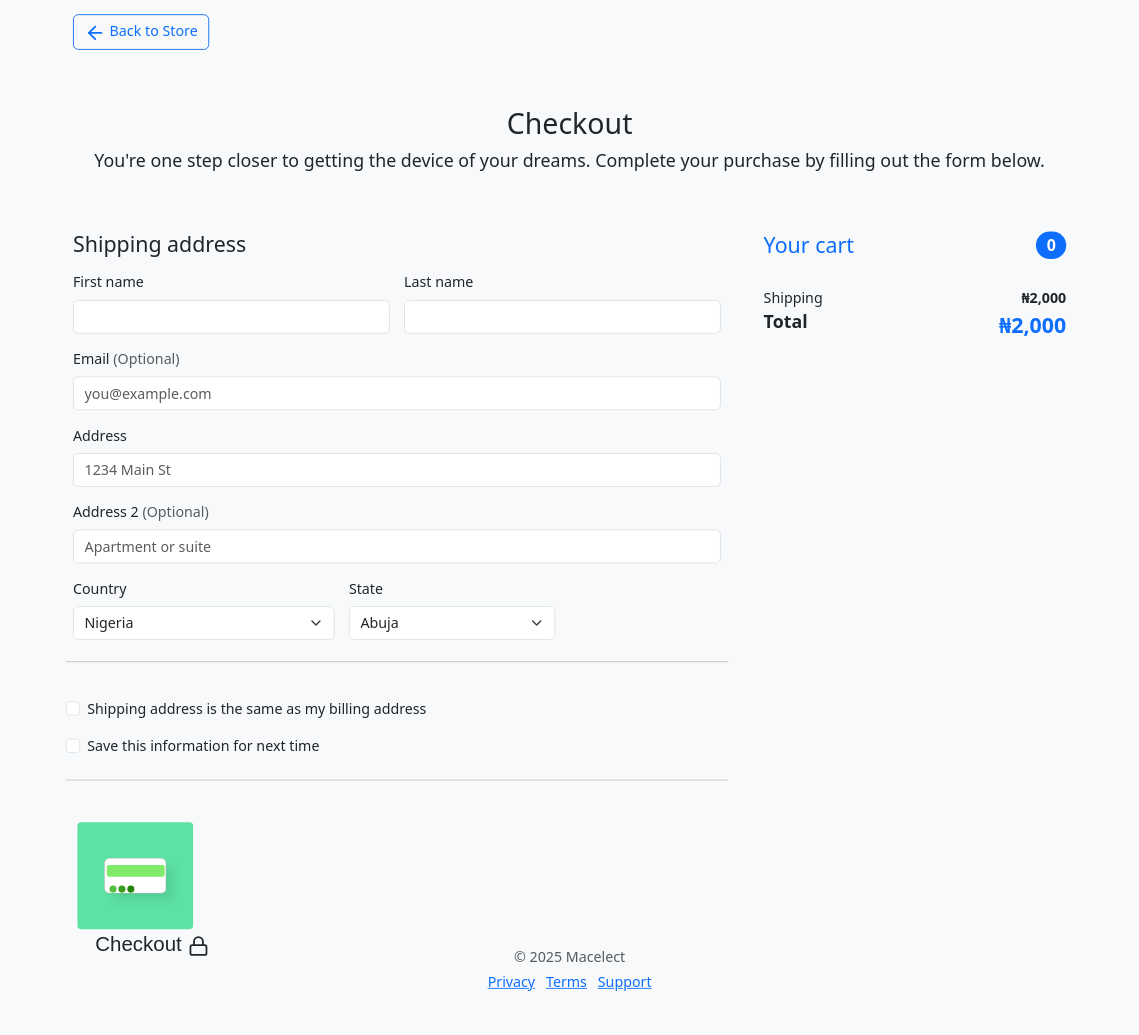
Repository: Davidobi21/macelect
Page: frontend/pages/checkout.html
An editor plug-in stored every save of this project. The page is shown before and after the next save, followed by the edit.
The browser window is 1280 px wide. The pictures show the whole page, at 89% of full size.

Above is the page before, as saved 2025-05-06 10:11:49.

### frontend/pages/checkout.html
<!DOCTYPE html>
<html lang="en">
<head>
  <meta charset="UTF-8">
  <meta name="viewport" content="width=device-width, initial-scale=1.0">
  <title>Checkout</title>
  <link rel="stylesheet" href="../css/checkout.css">
  <script src="https://cdn.jsdelivr.net/npm/lucide@latest/dist/umd/lucide.min.js"></script>
  <script src="./js/checkout.js" defer></script>
  <script src="https://js.paystack.co/v1/inline.js"></script>
  <script src="https://cdn.jsdelivr.net/npm/sweetalert2@11"></script>
  <link href="https://cdn.jsdelivr.net/npm/bootstrap@5.3.0-alpha1/dist/css/bootstrap.min.css" rel="stylesheet">
</head>
<body class="bg-light">
  <div class="container">
    <!-- Back Button -->
    <div class="py-3">
      <a href="../pages/products.html" class="btn btn-outline-primary align-items-center gap-2">
        <i data-lucide="arrow-left"></i> Back to Store
      </a>
    </div>

    <main>
      <div class="py-5 text-center">
        <h2>Checkout</h2>
        <p class="lead">You're one step closer to getting the device of your dreams. Complete your purchase by filling out the form below.</p>
      </div>

      <div class="row g-5">
        <!-- Cart Summary -->
        <div class="col-md-5 col-lg-4 order-md-last">
          <h4 class="d-flex justify-content-between align-items-center mb-3">
            <span class="text-primary">Your cart</span>
            <span class="badge bg-primary rounded-pill cart-count">0</span>
          </h4>
          <ul class="list-group mb-3" id="cart-summary">
            <!-- Cart items will be dynamically populated here -->
          </ul>
          <li class="list-group-item d-flex justify-content-between">
            <span>Shipping</span>
            <strong id="shipping-cost">₦0</strong>
          </li>
          <li class="list-group-item d-flex justify-content-between">
            <span class="fs-5 fw-bold">Total</span>
            <strong id="cart-total" class="fs-4 fw-bold text-primary">₦0</strong>
          </li>
        </div>

        <!-- Billing Form -->
        <div class="col-md-7 col-lg-8">
          <h4 class="mb-3">Shipping address</h4>
          <form>
            <div class="row g-3">
              <div class="col-sm-6">
                <label for="firstName" class="form-label">First name</label>
                <input type="text" class="form-control" id="firstName" placeholder="" value="" required>
              </div>

              <div class="col-sm-6">
                <label for="lastName" class="form-label">Last name</label>
                <input type="text" class="form-control" id="lastName" placeholder="" value="" required>
              </div>

              <div class="col-12">
                <label for="email" class="form-label">Email <span class="text-muted">(Optional)</span></label>
                <input type="email" class="form-control" id="email" placeholder="you@example.com">
              </div>

              <div class="col-12">
                <label for="address" class="form-label">Address</label>
                <input type="text" class="form-control" id="address" placeholder="1234 Main St" required>
              </div>

              <div class="col-12">
                <label for="address2" class="form-label">Address 2 <span class="text-muted">(Optional)</span></label>
                <input type="text" class="form-control" id="address2" placeholder="Apartment or suite">
              </div>

              <div class="col-md-5">
                <label for="country" class="form-label">Country</label>
                <select class="form-select" id="country" required>
                  <option value="Nigeria" selected>Nigeria</option>
                </select>
              </div>

              <div class="col-md-4">
                <label for="state" class="form-label">State</label>
                <select class="form-select" id="state" required>
                  <option value="Abuja">Abuja</option>
                  <option value="Nasarawa">Nasarawa</option>
                  <option value="Kogi">Kogi</option>
                  <option value="Kaduna">Kaduna</option>
                  <option value="Niger">Niger</option>
                  <option value="Benue">Benue</option>
                  <option value="Kwara">Kwara</option>
                  <option value="Plateau">Plateau</option>
                  <option value="Taraba">Taraba</option>
                  <option value="Lagos">Lagos</option>
                  <option value="Oyo">Oyo</option>
                  <option value="Ondo">Ondo</option>
                  <option value="Edo">Edo</option>
                  <option value="Delta">Delta</option>
                  <option value="Anambra">Anambra</option>
                  <option value="Enugu">Enugu</option>
                  <option value="Imo">Imo</option>
                  <option value="Rivers">Rivers</option>
                  <option value="Akwa Ibom">Akwa Ibom</option>
                  <option value="Bayelsa">Bayelsa</option>
                  <option value="Borno">Borno</option>
                  <option value="Yobe">Yobe</option>
                  <option value="Zamfara">Zamfara</option>
                  <option value="Sokoto">Sokoto</option>
                  <option value="Kebbi">Kebbi</option>
                  <option value="Kano">Kano</option>
                  <option value="Jigawa">Jigawa</option>
                  <option value="Gombe">Gombe</option>
                  <option value="Bauchi">Bauchi</option>
                  <option value="Ekiti">Ekiti</option>
                  <option value="Osun">Osun</option>
                  <option value="Ebonyi">Ebonyi</option>
                  <option value="Abia">Abia</option>
                  <option value="Cross River">Cross River</option>
                </select>
              </div>


            <hr class="my-4">

            <div class="form-check">
              <input type="checkbox" class="form-check-input" id="same-address">
              <label class="form-check-label" for="same-address">Shipping address is the same as my billing address</label>
            </div>

            <div class="form-check">
              <input type="checkbox" class="form-check-input" id="save-info">
              <label class="form-check-label" for="save-info">Save this information for next time</label>
            </div>

            <hr class="my-4">
          </form>
          <div class="btn contain" id="checkoutButton" disabled>
            <div class="left-side">
              <div class="card">
                <div class="card-line"></div>
                <div class="buttons"></div>
              </div>
              <div class="post">
                <div class="post-line"></div>
                <div class="screen">
                  <div class="dollar">₦</div>
                </div>
                <div class="numbers"></div>
                <div class="numbers-line2"></div>
              </div>
            </div>
            <div class="right-side">
              <div class="new">Checkout
                <span id="padlockWrapper">
                  <i id="padlockIcon" data-lucide="lock"></i>
                </span>
              </div>
            </div>
          </div>
        </div>
      </div>
    </main>

    <footer class="my-5 pt-5 text-muted text-center text-small">
      <p class="mb-1">© 2025 Macelect</p>
      <ul class="list-inline">
        <li class="list-inline-item"><a href="../pages/fqa.html">Privacy</a></li>
        <li class="list-inline-item"><a href="../pages/fqa.html">Terms</a></li>
        <li class="list-inline-item"><a href="../pages/fqa.html">Support</a></li>
      </ul>
    </footer>
  </div>
  <script src="https://cdn.jsdelivr.net/npm/bootstrap@5.3.0-alpha1/dist/js/bootstrap.bundle.min.js"></script>
</body>
</html>

### frontend/css/checkout.css
/* From Uiverse.io by Pawelitto */
.contain {
    background-color: #ffffff;
    display: flex;
    width: 600px;
    height: 50px;
    position: relative;
    border-radius: 6px;
    transition: 0.3s ease-in-out;
  }

  .contain:hover {
    transform: scale(1.03);
  }

  .contain:hover .left-side {
    width: 100%;
  }

  .left-side {
    background-color: #5de2a3;
    width: 130px;
    height: 120px;
    border-radius: 4px;
    position: relative;
    display: flex;
    justify-content: center;
    align-items: center;
    cursor: pointer;
    transition: 0.3s;
    flex-shrink: 0;
    overflow: hidden;
  }

  .right-side {
    display: flex;
    align-items: center;
    overflow: hidden;
    cursor: pointer;
    justify-content: space-between;
    white-space: nowrap;
    transition: 0.3s;
  }

  .right-side:hover {
    background-color: #f9f7f9;
  }

  .arrow {
    width: 20px;
    height: 20px;
    margin-right: 20px;
  }

  .new {
    font-size: 23px;
    font-family: "Lexend Deca", sans-serif;
    margin-left: 20px;
  }

  .card {
    width: 70px;
    height: 46px;
    background-color: #c7ffbc;
    border-radius: 6px;
    position: absolute;
    display: flex;
    z-index: 10;
    flex-direction: column;
    align-items: center;
    -webkit-box-shadow: 9px 9px 9px -2px rgba(77, 200, 143, 0.72);
    -moz-box-shadow: 9px 9px 9px -2px rgba(77, 200, 143, 0.72);
    -webkit-box-shadow: 9px 9px 9px -2px rgba(77, 200, 143, 0.72);
  }

  .card-line {
    width: 65px;
    height: 13px;
    background-color: #80ea69;
    border-radius: 2px;
    margin-top: 7px;
  }

  @media only screen and (max-width: 480px) {
    .container {
      transform: scale(0.7);
    }

    .container:hover {
      transform: scale(0.74);
    }

    .new {
      font-size: 18px;
    }
  }

  .buttons {
    width: 8px;
    height: 8px;
    background-color: #379e1f;
    box-shadow: 0 -10px 0 0 #26850e, 0 10px 0 0 #56be3e;
    border-radius: 50%;
    margin-top: 5px;
    transform: rotate(90deg);
    margin: 10px 0 0 -30px;
  }

  .contain:hover .card {
    animation: slide-top 1.2s cubic-bezier(0.645, 0.045, 0.355, 1) both;
  }

  .contain:hover .post {
    animation: slide-post 1s cubic-bezier(0.165, 0.84, 0.44, 1) both;
  }

  @keyframes slide-top {
    0% {
      -webkit-transform: translateY(0);
      transform: translateY(0);
    }

    50% {
      -webkit-transform: translateY(-70px) rotate(90deg);
      transform: translateY(-70px) rotate(90deg);
    }

    60% {
      -webkit-transform: translateY(-70px) rotate(90deg);
      transform: translateY(-70px) rotate(90deg);
    }

    100% {
      -webkit-transform: translateY(-8px) rotate(90deg);
      transform: translateY(-8px) rotate(90deg);
    }
  }

  .post {
    width: 63px;
    height: 75px;
    background-color: #dddde0;
    position: absolute;
    z-index: 11;
    bottom: 10px;
    top: 120px;
    border-radius: 6px;
    overflow: hidden;
  }

  .post-line {
    width: 47px;
    height: 9px;
    background-color: #545354;
    position: absolute;
    border-radius: 0px 0px 3px 3px;
    right: 8px;
    top: 8px;
  }

  .post-line:before {
    content: "";
    position: absolute;
    width: 47px;
    height: 9px;
    background-color: #757375;
    top: -8px;
  }

  .screen {
    width: 47px;
    height: 23px;
    background-color: #ffffff;
    position: absolute;
    top: 22px;
    right: 8px;
    border-radius: 3px;
  }

  .numbers {
    width: 12px;
    height: 12px;
    background-color: #838183;
    box-shadow: 0 -18px 0 0 #838183, 0 18px 0 0 #838183;
    border-radius: 2px;
    position: absolute;
    transform: rotate(90deg);
    left: 25px;
    top: 52px;
  }

  .numbers-line2 {
    width: 12px;
    height: 12px;
    background-color: #aaa9ab;
    box-shadow: 0 -18px 0 0 #aaa9ab, 0 18px 0 0 #aaa9ab;
    border-radius: 2px;
    position: absolute;
    transform: rotate(90deg);
    left: 25px;
    top: 68px;
  }

  @keyframes slide-post {
    50% {
      -webkit-transform: translateY(0);
      transform: translateY(0);
    }

    100% {
      -webkit-transform: translateY(-70px);
      transform: translateY(-70px);
    }
  }

  .dollar {
    position: absolute;
    font-size: 16px;
    font-family: "Lexend Deca", sans-serif;
    width: 100%;
    left: 0;
    top: 0;
    color: #4b953b;
    text-align: center;
  }

  .contain:hover .dollar {
    animation: fade-in-fwd 0.3s 1s backwards;
  }

  @keyframes fade-in-fwd {
    0% {
      opacity: 0;
      transform: translateY(-5px);
    }

    100% {
      opacity: 1;
      transform: translateY(0);
    }
  }

### frontend/pages/js/checkout.js
document.addEventListener("DOMContentLoaded", () => {
  lucide.createIcons(); // Initialize Lucide icons

  const cartSummary = document.getElementById("cart-summary");
  const cartTotal = document.getElementById("cart-total");
  const shippingCostElement = document.getElementById("shipping-cost");
  const cartCount = document.querySelector(".cart-count");
  const countrySelect = document.getElementById("country");
  const stateSelect = document.getElementById("state");
  const checkoutButton = document.getElementById("checkoutButton");
  const padlockIcon = document.getElementById("padlockIcon");
  const formInputs = document.querySelectorAll("#firstName, #lastName, #email, #address, #country, #state, #zip");

  const cart = JSON.parse(localStorage.getItem("cart")) || [];
  let total = 0;

  function calculateShippingCost(country, state) {
    if (country !== "Nigeria") return 0;

    const distanceTiers = {
      // Distance Level 0 (Abuja)
      "Abuja": 0,

      // Distance Level 1 (nearby states)
      "Nasarawa": 1,
      "Kogi": 1,
      "Kaduna": 1,
      "Niger": 1,

      // Distance Level 2
      "Benue": 2,
      "Kwara": 2,
      "Plateau": 2,
      "Taraba": 2,

      // Distance Level 3
      "Lagos": 3,
      "Oyo": 3,
      "Ondo": 3,
      "Edo": 3,
      "Delta": 3,

      // Distance Level 4 (farther states)
      "Anambra": 4,
      "Enugu": 4,
      "Imo": 4,
      "Rivers": 4,
      "Akwa Ibom": 4,
      "Bayelsa": 4,
      "Borno": 4,
      "Yobe": 4,
      "Zamfara": 4,
      "Sokoto": 4,
      "Kebbi": 4,
      "Kano": 4,
      "Jigawa": 4,
      "Gombe": 4,
      "Bauchi": 4,
      "Ekiti": 4,
      "Osun": 4,
      "Ebonyi": 4,
      "Abia": 4,
      "Cross River": 4,

      // Default tier if not listed
      "Others": 3
    };

    const tier = distanceTiers[state] !== undefined ? distanceTiers[state] : distanceTiers["Others"];
    return 2000 * (tier + 1); // base = ₦2000, so tier 0 = ₦2000, tier 1 = ₦4000, etc.
  }


  function updateCartSummary() {
    cartSummary.innerHTML = ""; // Clear existing content
    total = 0;

    cart.forEach(item => {
      const itemTotal = item.price * item.quantity;
      total += itemTotal;

      const listItem = document.createElement("li");
      listItem.className = "list-group-item d-flex justify-content-between lh-sm align-items-center";
      listItem.innerHTML = `
        <div class="d-flex align-items-center gap-2">
          <img src="${item.image}" alt="${item.name}" width="50" height="50" style="object-fit: cover; border-radius: 4px;">
          <div>
            <h6 class="my-0 mb-1">${item.name}</h6>
            <small class="text-muted">Quantity: ${item.quantity}</small>
          </div>
        </div>
        <span class="text-muted">₦${itemTotal.toLocaleString()}</span>
      `;
      cartSummary.appendChild(listItem);
    });

    const country = countrySelect.value;
    const state = stateSelect.value;
    const shippingCost = calculateShippingCost(country, state);

    shippingCostElement.textContent = `₦${shippingCost.toLocaleString()}`;
    cartTotal.textContent = `₦${(total + shippingCost).toLocaleString()}`;
    cartCount.textContent = cart.reduce((count, item) => count + item.quantity, 0);

    validateCheckoutButton(); // Check if the button should be enabled
  }

  function validateCheckoutButton() {
    const isFormValid = Array.from(formInputs).every(input => input.value.trim() !== "");
    const isCartNotEmpty = cart.length > 0;
    const padlockWrapper = document.getElementById("padlockWrapper");

    if (isFormValid && isCartNotEmpty) {
      checkoutButton.disabled = false;
      padlockWrapper.style.display = "none"; // Hide wrapper
    } else {
      checkoutButton.disabled = true;
      padlockWrapper.style.display = "inline-block"; // Show wrapper
    }
  }
  function payWithPaystack() {
    const email = document.getElementById("email").value;
    const shippingInfo = {
      country: countrySelect.value,
      state: stateSelect.value,
      address: document.getElementById("address").value,
    };
    const items = JSON.parse(localStorage.getItem("cart")) || [];

    const totalAmount = total + calculateShippingCost(shippingInfo.country, shippingInfo.state);

    const handler = PaystackPop.setup({
      key: 'pk_test_44f6dbb6159b73b84fff2fc441dcdd997e15c10d', // ✅ PUBLIC key
      email,
      amount: totalAmount * 100,
      currency: "NGN",
      ref: 'Mactelect' + Math.floor(Math.random() * 1000000000 + 1),

      callback: function (response) {
        placeOrder(response.reference, shippingInfo, items, totalAmount);
      },


      onClose: function () {
        alert('Transaction cancelled.');
      }
    });

    handler.openIframe();
  }

  async function placeOrder(paymentReference, shippingInfo, items, totalAmount) {
    try {
      // Retrieve user object from localStorage
      const user = JSON.parse(localStorage.getItem('user'));
      if (!user || !user._id) {
        alert('User ID is missing. Please log in.');
        return; // Stop execution if userId is missing
      }

      const userId = user._id; // Extract userId from the user object

      const response = await fetch('http://localhost:5000/api/order/place', {
        method: 'POST',
        headers: { 'Content-Type': 'application/json' },
        body: JSON.stringify({
          userId, // Include userId in the request payload
          items: items.map(item => ({
            productId: item.id,
            quantity: item.quantity,
            priceAtPurchase: item.price
          })),
          shippingInfo: `${shippingInfo.address}, ${shippingInfo.state}, ${shippingInfo.country}`,
          totalAmount,
          paymentReference
        }),
      });

      if (!response.ok) {
        const errorData = await response.json();
        throw new Error(`HTTP error! status: ${response.status}, message: ${errorData.message}`);
      }

      const data = await response.json();
      alert("Order placed! Ref: " + paymentReference);
      localStorage.removeItem("cart");
      window.location.href = "./thank-you.html"; // Redirect to thank you page
    } catch (error) {
      console.error('Error placing order:', error);
      alert(error.message); // Display error message to the user
    }
  }



  formInputs.forEach(input => {
    input.addEventListener("input", validateCheckoutButton);
  });

  countrySelect.addEventListener("change", updateCartSummary);
  stateSelect.addEventListener("change", updateCartSummary);
  checkoutButton.addEventListener("click", (e) => {
    e.preventDefault();
    payWithPaystack();
  });

  updateCartSummary(); // Initial update
});

After the next save:
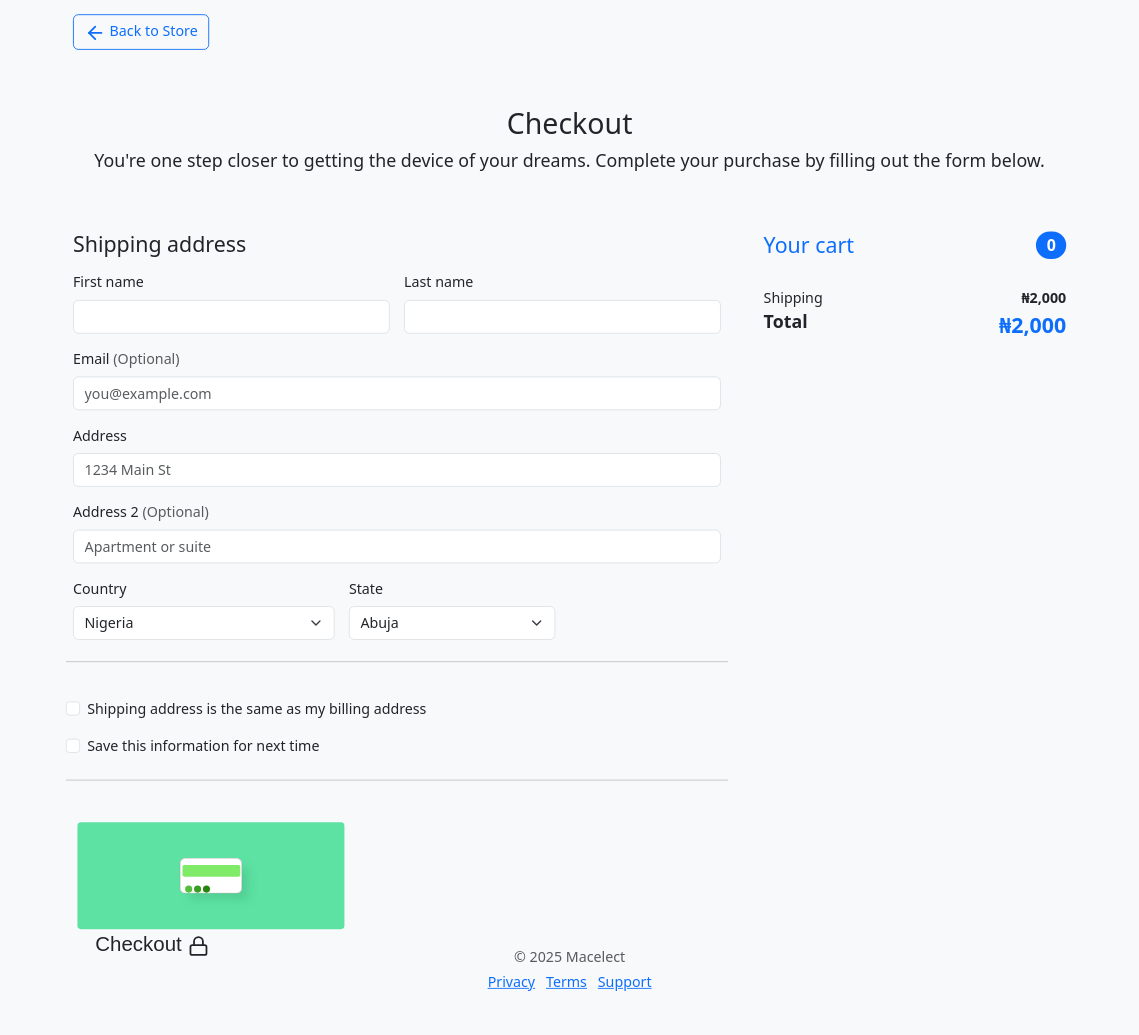
Saved 39 s later.
--- a/frontend/css/checkout.css
+++ b/frontend/css/checkout.css
@@ -19,7 +19,7 @@
 
   .left-side {
     background-color: #5de2a3;
-    width: 130px;
+    width: 300px;
     height: 120px;
     border-radius: 4px;
     position: relative;
